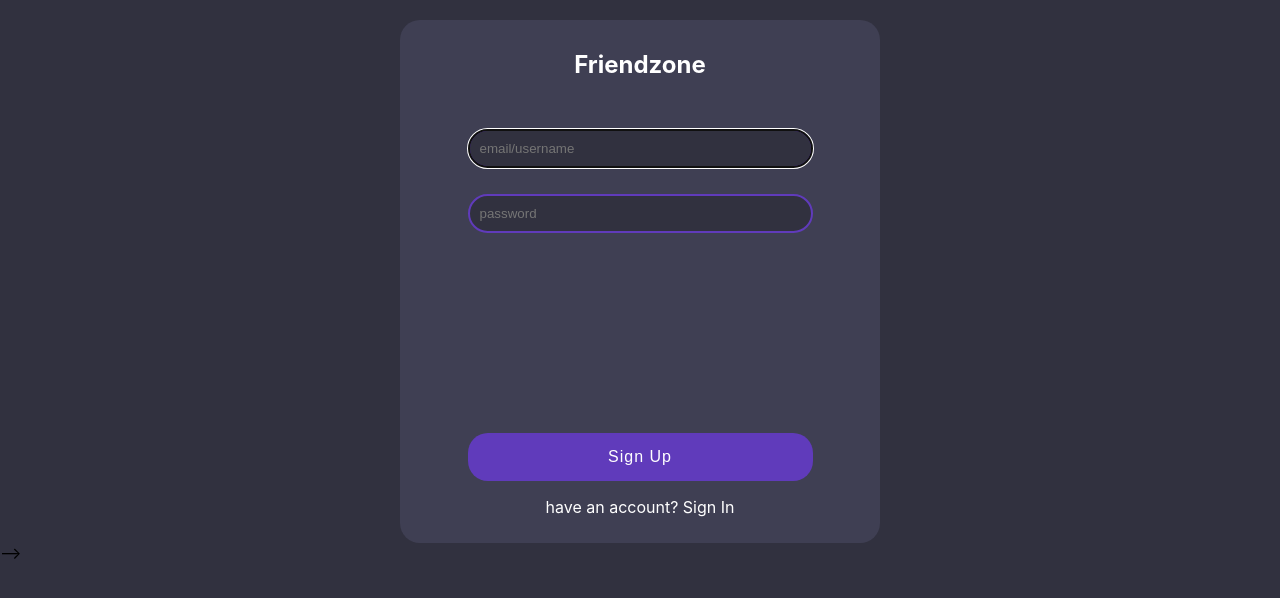
Repository: DerickT02/friend-zone
Page: /
These files come from the project's save history. The page is drawn as it stood at one moment and after the next save; the edit follows.
The browser window is 1280 px wide. The pictures show the whole page.
The project was rebuilt for these pictures with package versions that can differ from the ones it lists, and the page was loaded fresh each time. Also part of the build but not shown: src/Appreducer.js, src/GlobalState.js, src/Post.js, src/Homepage.js, src/fire.js.

Above is the page before, as saved 2021-07-07 08:10:23.

After the next save:
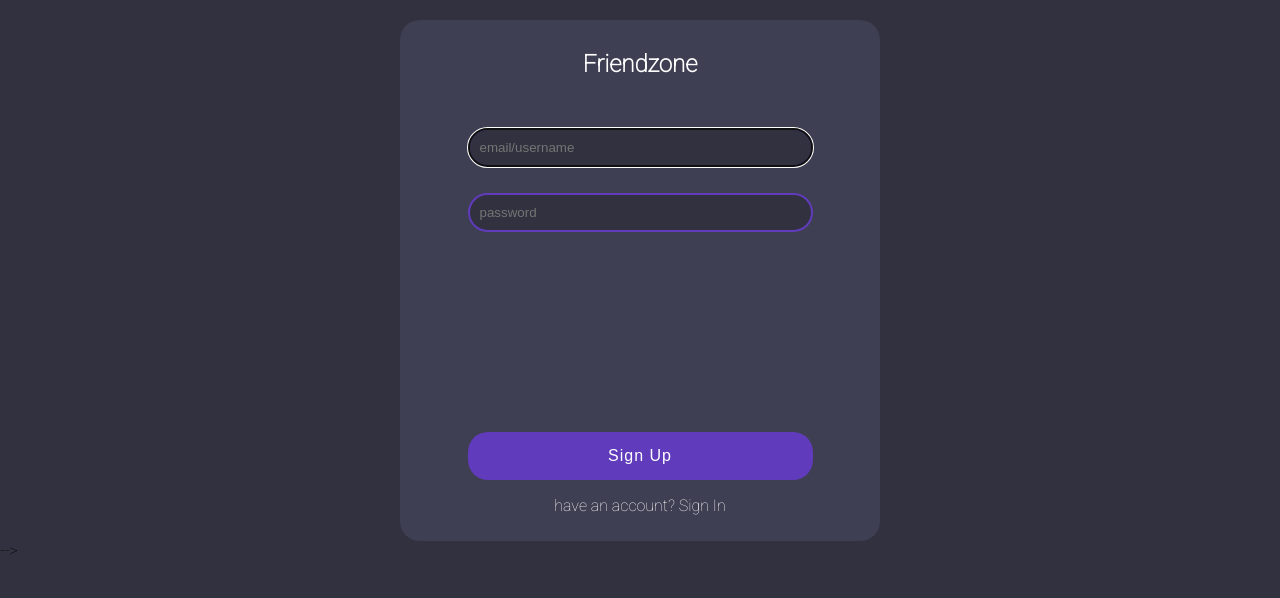
Saved 48 s later.
--- a/src/index.css
+++ b/src/index.css
@@ -1,8 +1,6 @@
 body {
   margin: 0;
-  font-family: -apple-system, BlinkMacSystemFont, 'Segoe UI', 'Roboto', 'Oxygen',
-    'Ubuntu', 'Cantarell', 'Fira Sans', 'Droid Sans', 'Helvetica Neue',
-    sans-serif;
+  font-family: 'Roboto', sans-serif;
   -webkit-font-smoothing: antialiased;
   -moz-osx-font-smoothing: grayscale;
   background-color: rgb(49, 49, 63);
--- a/src/Login.css
+++ b/src/Login.css
@@ -1,6 +1,7 @@
 * {
   box-sizing: border-box;
-  font-family: ;
+
+}
 
 
 .login .loginContainer {
